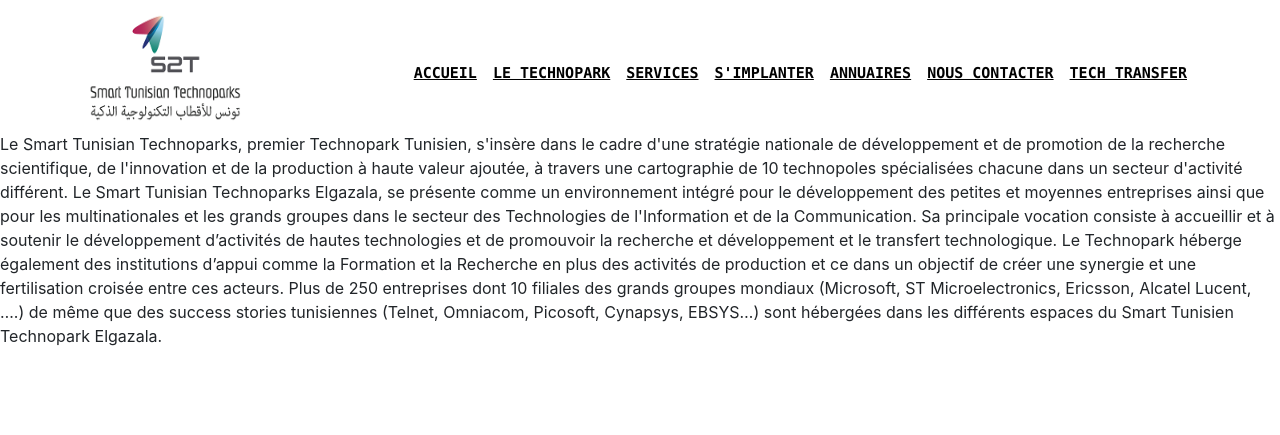
Repository: Zakraouihadil1/stage-perfectionnement-
Page: presentation.html
These files come from the project's save history. The page is drawn as it stood at one moment and after the next save; the edit follows.
The browser window is 1280 px wide. The pictures show the whole page.

Above is the page before, as saved 2021-08-17 19:14:58.

### presentation.html
<html>
    <head>
        <title></title>
        <meta charset="utf-8">
        <link rel="stylesheet" href="https://maxcdn.bootstrapcdn.com/bootstrap/4.5.2/css/bootstrap.min.css">
    <script src="https://ajax.googleapis.com/ajax/libs/jquery/3.5.1/jquery.min.js"></script>
    <script src="https://cdnjs.cloudflare.com/ajax/libs/popper.js/1.16.0/umd/popper.min.js"></script>
    <script src="https://maxcdn.bootstrapcdn.com/bootstrap/4.5.2/js/bootstrap.min.js"></script>
    </head>
    <style>



  #mainNav{
    background-color: white;
  }
  li a {
    color: black ;
    font-family: "Lucida Console", "Courier New";
    font-size: 15px ;
    text-align: left ;
    float: right;
    margin-top: 10px;
    text-decoration: underline;
    font-weight: bolder;

      }

li a:hover {
    color: blue;

  }




  .dropdown-content {
  display: none;
  position: absolute;
  background-color: #f9f9f9;
  min-width: 160px;
  box-shadow: 0px 8px 16px 0px rgba(0,0,0,0.2);
  z-index: 1;
}

.dropdown-content a {
  float: none;
  color: black;
  padding: 12px 16px;
  text-decoration: none;
  display: block;
  text-align: left;
}

.dropdown-content a:hover {
  background-color: #ddd;
}

.dropdown:hover .dropdown-content {
  display: block;
}
    </style>

    <body id="page-top">
         <!-- Navigation-->
  <nav class="navbar navbar-expand-lg  fixed-top" id="mainNav">
    <div class="container">
        <a class="navbar-brand " href="#page-top">
            <img src="images/Logo-S2T png.png" width="160px" height="110px">
        </a>
        <button class="navbar-toggler navbar-toggler-right" type="button" data-toggle="collapse" data-target="#navbarResponsive" aria-controls="navbarResponsive" aria-expanded="false" aria-label="Toggle navigation">
            Menu
            <i class="fas fa-bars ml-1"></i>
        </button>



        <div class="collapse navbar-collapse" id="navbarResponsive">
            <ul class="navbar-nav text-uppercase ml-auto">
              <li class="nav-item"><a class="nav-link js-scroll-trigger" href="./index.html">Accueil</a></li>
              <div class="dropdown">
                <li class="nav-item"><a class="nav-link js-scroll-trigger" href="#about">Le technopark</a></li>
<br>
<br>
                <div class="dropdown-content">
                  <a href="presentation.html">Présentation</a>
                  <a href="#">Actualités</a>
                  <a href="#">Link 3</a>
                </div>
              </div>
                 <li class="nav-item"><a class="nav-link js-scroll-trigger" href="#services">Services</a></li>
                 <li class="nav-item"><a class="nav-link js-scroll-trigger" href="#team">S'implanter</a></li>
                 <li class="nav-item"><a class="nav-link js-scroll-trigger" href="#team">Annuaires</a></li>
                 <li class="nav-item"><a class="nav-link js-scroll-trigger" href="#contact">Nous Contacter</a></li>
                 <li class="nav-item"><a class="nav-link js-scroll-trigger" href="#contact">Tech Transfer</a></li>

            </ul>
        </div>
    </div>
</nav>

<div style="margin-top: 100px;">
    <h5>Smart Tunisian Technoparks</h5>
    <p>Le Smart Tunisian Technoparks, premier Technopark Tunisien, s'insère dans le cadre d'une stratégie nationale de développement et de promotion de la recherche scientifique, de l'innovation et de la production à haute valeur ajoutée, à travers une cartographie de 10 technopoles spécialisées chacune dans un secteur d'activité différent.

        Le Smart Tunisian Technoparks Elgazala, se présente comme un environnement intégré pour le développement des petites et moyennes entreprises ainsi que pour les multinationales et les grands groupes dans le secteur des Technologies de l'Information et de la Communication. Sa principale vocation consiste à accueillir et à soutenir le développement d’activités de hautes technologies et de promouvoir la recherche et développement et le transfert technologique.

        Le Technopark héberge également des institutions d’appui comme la Formation et la Recherche en plus des activités de production et ce dans un objectif de créer une synergie et une fertilisation croisée entre ces acteurs. Plus de 250 entreprises dont 10 filiales des grands groupes mondiaux (Microsoft, ST Microelectronics, Ericsson, Alcatel Lucent, ….) de même que des success stories tunisiennes (Telnet, Omniacom, Picosoft, Cynapsys, EBSYS…) sont hébergées dans les différents espaces du Smart Tunisien Technopark Elgazala.</p>
</div>






    </body>
</html>

After the next save:
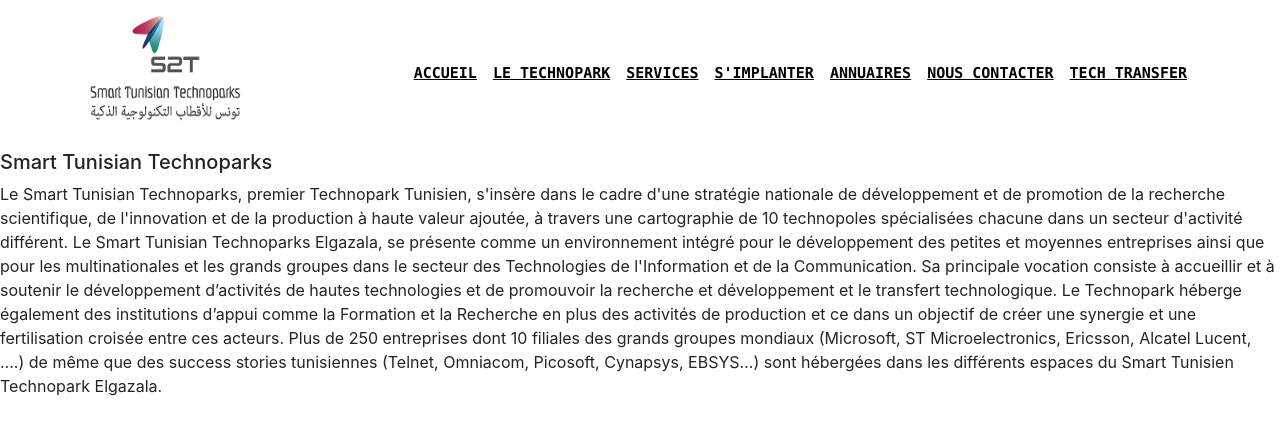
Saved 13 s later.
--- a/presentation.html
+++ b/presentation.html
@@ -99,7 +99,7 @@
     </div>
 </nav>
 
-<div style="margin-top: 100px;">
+<div style="margin-top: 150px;">
     <h5>Smart Tunisian Technoparks</h5>
     <p>Le Smart Tunisian Technoparks, premier Technopark Tunisien, s'insère dans le cadre d'une stratégie nationale de développement et de promotion de la recherche scientifique, de l'innovation et de la production à haute valeur ajoutée, à travers une cartographie de 10 technopoles spécialisées chacune dans un secteur d'activité différent.
 
